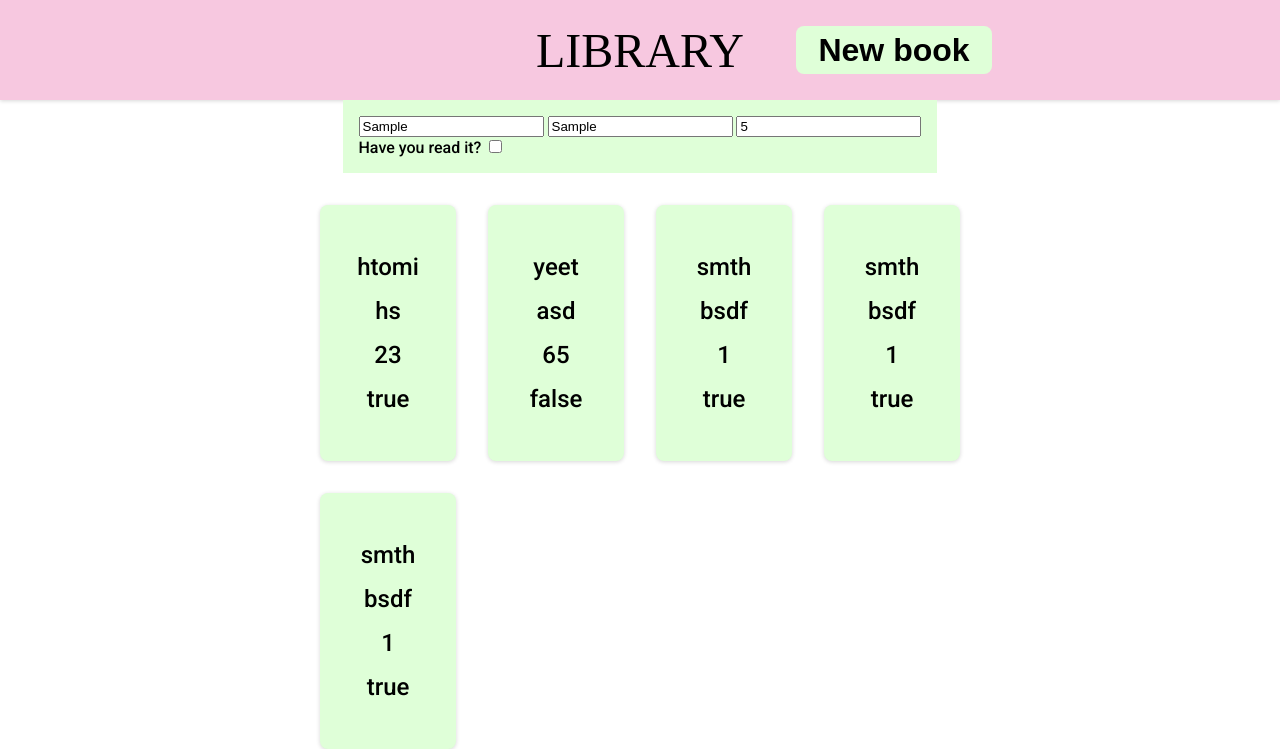
Repository: yeetzpxoci/library
Page: index.html
The author's editor kept a copy of each file at every save. The page is drawn from the files as they stood at one save, then again after the next save.
The browser window is 1280 px wide. The pictures show the whole page.
Empty fields were first filled with sample values (such as "Sample", 5 or name@example.com).
After loading, the first visible `#newBook` was clicked once.
Some web fonts or font styles are not loaded; a fallback is used.

Above is the page before, as saved 2023-02-21 15:58:47.

### index.html
<!DOCTYPE html>
<html lang="en">
<head>
    <meta charset="UTF-8">
    <meta http-equiv="X-UA-Compatible" content="IE=edge">
    <meta name="viewport" content="width=device-width, initial-scale=1.0">
    <title>Library</title>
    <link rel="stylesheet" href="styles.css">
    <link rel="preconnect" href="https://fonts.googleapis.com">
    <link rel="preconnect" href="https://fonts.gstatic.com" crossorigin>
    <link href="https://fonts.googleapis.com/css2?family=Roboto:wght@500&display=swap" rel="stylesheet">
    <link href="https://fonts.googleapis.com/css2?family=Gloock&display=swap" rel="stylesheet">
</head>
<body>
    <div class="header">
        <p></p>
        <p>LIBRARY</p>
        <button onclick="openForm()" id="newBook">New book</button>
    </div>

    <form id="input-form">
            <input type="text" name="title" id="title" placeholder="Title">
            <input type="text" name="author" id="author" placeholder="Author">
            <input type="number" name="pages" id="pages" placeholder="Pages">
            <div>
                <label for="read">Have you read it?</label>
                <input type="checkbox" name="read" id="read">
            </div>
    </form>

    <div id="cards">

    </div>
<script src="script.js"></script>
</body>
</html>

### styles.css
html, body {
    margin: 0;
    padding: 0;
}

body {
    display: flex;
    flex-direction: column;
    align-items: center;
    min-height: 100vh;
    background-color: white;
    font-family: 'Roboto', sans-serif;
}

.header {
    display: flex;
    align-items: center;
    justify-content: center;
    width: 100%;
    height: 100px;
    background-color: #F7C8E0;
    box-shadow: rgba(0, 0, 0, 0.16) 0px 1px 4px;
}

.header p {
    font-family: 'Gloock', serif;
    font-size: 48px;
}

#newBook {
    position: absolute;
    right: 288px;
    font-size: 32px;
    font-weight: bold;
    background-color: #DFFFD8;
    height: 48px;
    width:196px;
    border-radius: 8px;
    border-width: 0px;
}

#cards {
    display: grid;
    width: 50%;
    grid-template-columns: 1fr 1fr 1fr 1fr;
    gap: 32px;
    margin-top: 32px;
}

.card {
    width: 100%;
    height: 256px;
    background-color: #DFFFD8;
    font-size: 24px;
    border-radius: 8px;
    border-width: 0px;
    align-self: center;
    justify-self: center;
    box-shadow: rgba(0, 0, 0, 0.16) 0px 1px 4px;
    display: flex;
    flex-direction: column;
    align-items: center;
    justify-content: center;
    gap: 16px;
}

.card p {
    margin: 0px;
}


#input-form {
    display: flex;
    flex-direction: column;
    gap: 24px;
    background-color: #DFFFD8;
    padding: 16px;
}

### script.js
const title = document.getElementById("title").value
const author = document.getElementById("author").value
const pages = document.getElementById("pages").value
const read = document.getElementById("read").checked
const cards = document.getElementById("cards")

let myLibrary = [];

function Book(title, author, pages, read) {
    this.title = title;
    this.author = author;
    this.pages = pages;
    this.read = read;
    this.info = function () {
        return title + " by " + author + ", " + String(pages) + " pages, not read yet"
    }
}

function addBookToLibrary() {
    let book = new Book(title, author, pages, read);
    myLibrary.push(book);
    console.log(myLibrary.length)
}

function addBookInfo(div, book) {
    const newTitle = document.createElement("p");
    newTitle.innerHTML = book.title;
    const newAuthor = document.createElement("p");
    newAuthor.innerHTML = book.author;
    const newPages = document.createElement("p");
    newPages.innerHTML = book.pages;
    const newRead = document.createElement("p");
    newRead.innerHTML = book.read;
    div.appendChild(newTitle);
    div.appendChild(newAuthor);
    div.appendChild(newPages);
    div.appendChild(newRead);
}

function displayBooks() {
    for (let i = 0; i < myLibrary.length; i++) {
        const newDiv = document.createElement("div");
        newDiv.setAttribute("class", "card");
        addBookInfo(newDiv, myLibrary[i]);
        cards.appendChild(newDiv);
    }
}

function openForm() {
    document.getElementById("input-form").style.display = "block"
}

let book1 = new Book("htomi" , "hs", 23, true);
let book2 = new Book("yeet", "asd", 65, false);
let book3 = new Book("smth", "bsdf", 1, true);
let book4 = new Book("smth", "bsdf", 1, true);
let book5 = new Book("smth", "bsdf", 1, true);
myLibrary.push(book1, book2, book3, book4, book5);
displayBooks();

After the next save:
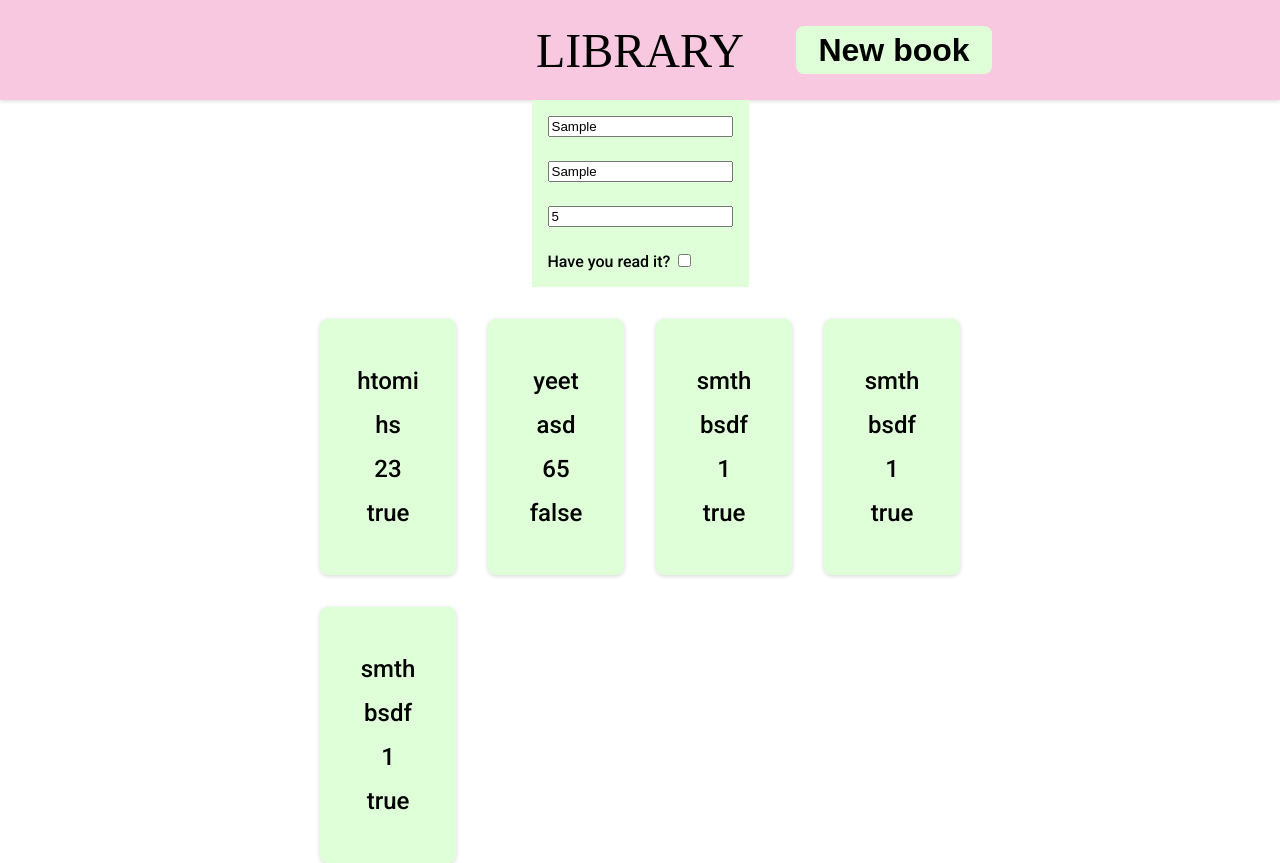
Saved 21 s later.
--- a/script.js
+++ b/script.js
@@ -47,7 +47,7 @@ function displayBooks() {
 }
 
 function openForm() {
-    document.getElementById("input-form").style.display = "block"
+    document.getElementById("input-form").style.display = "flex"
 }
 
 let book1 = new Book("htomi" , "hs", 23, true);
